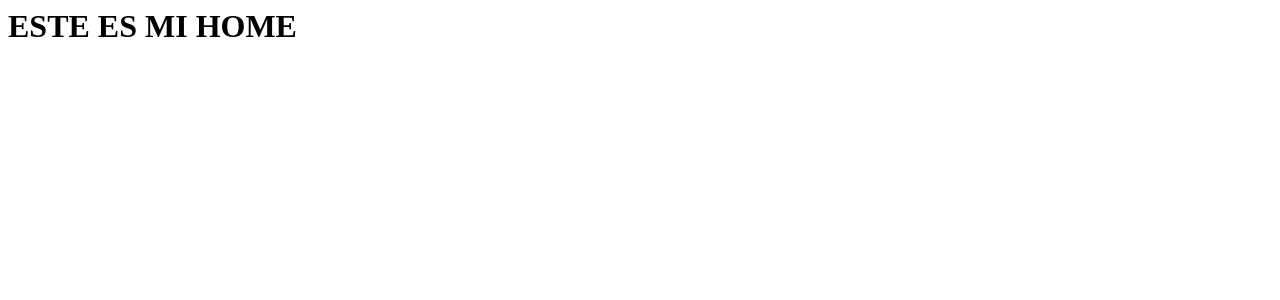
Repository: profe-ggarrido/desaf-aplic-web-python
Page: http://localhost/
The author's editor kept a copy of each file at every save. The page is drawn from the files as they stood at one save, then again after the next save.
The browser window is 1280 px wide. The pictures show the whole page.
The page is served by the project's application, run on Django 4.2 (pro_alfa/manage.py).

Above is the page before, as saved 2024-04-30 13:29:05.

After the next save:
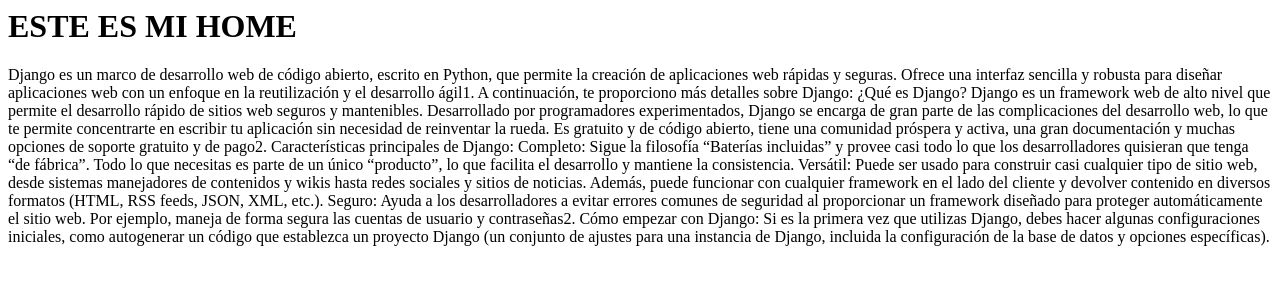
Saved 3 min 22 s later.
--- a/pro_alfa/mascotasApp/views.py
+++ b/pro_alfa/mascotasApp/views.py
@@ -8,6 +8,18 @@
     return HttpResponse(
         """
         <h1>ESTE ES MI HOME</h1>
+        Django es un marco de desarrollo web de código abierto, escrito en Python, que permite la creación de aplicaciones web rápidas y seguras. Ofrece una interfaz sencilla y robusta para diseñar aplicaciones web con un enfoque en la reutilización y el desarrollo ágil1. A continuación, te proporciono más detalles sobre Django:
+
+¿Qué es Django?
+Django es un framework web de alto nivel que permite el desarrollo rápido de sitios web seguros y mantenibles.
+Desarrollado por programadores experimentados, Django se encarga de gran parte de las complicaciones del desarrollo web, lo que te permite concentrarte en escribir tu aplicación sin necesidad de reinventar la rueda.
+Es gratuito y de código abierto, tiene una comunidad próspera y activa, una gran documentación y muchas opciones de soporte gratuito y de pago2.
+Características principales de Django:
+Completo: Sigue la filosofía “Baterías incluidas” y provee casi todo lo que los desarrolladores quisieran que tenga “de fábrica”. Todo lo que necesitas es parte de un único “producto”, lo que facilita el desarrollo y mantiene la consistencia.
+Versátil: Puede ser usado para construir casi cualquier tipo de sitio web, desde sistemas manejadores de contenidos y wikis hasta redes sociales y sitios de noticias. Además, puede funcionar con cualquier framework en el lado del cliente y devolver contenido en diversos formatos (HTML, RSS feeds, JSON, XML, etc.).
+Seguro: Ayuda a los desarrolladores a evitar errores comunes de seguridad al proporcionar un framework diseñado para proteger automáticamente el sitio web. Por ejemplo, maneja de forma segura las cuentas de usuario y contraseñas2.
+Cómo empezar con Django:
+Si es la primera vez que utilizas Django, debes hacer algunas configuraciones iniciales, como autogenerar un código que establezca un proyecto Django (un conjunto de ajustes para una instancia de Django, incluida la configuración de la base de datos y opciones específicas).
 
     """
     )
